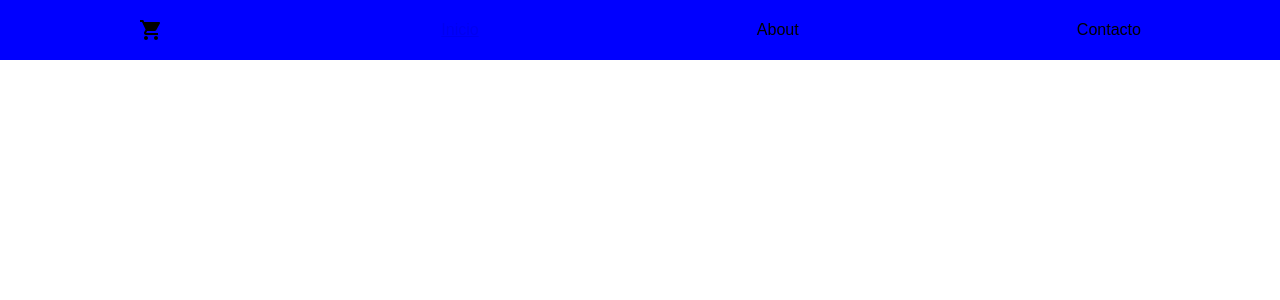
Repository: Toydrum/React-HectorCoronado
Page: /
These files come from the project's save history. The page is drawn as it stood at one moment and after the next save; the edit follows.
The browser window is 1280 px wide. The pictures show the whole page.
The project was rebuilt for these pictures with package versions that can differ from the ones it lists, and the page was loaded fresh each time. Also part of the build but not shown: src/components/Navbar/Navbar.css.

Above is the page before, as saved 2023-06-03 07:03:30.

After the next save:
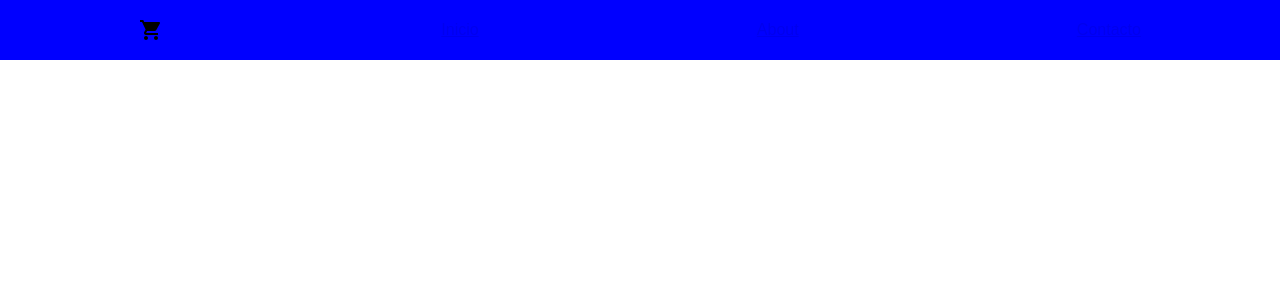
Saved 58 s later.
--- a/src/components/Navbar/Navbar.js
+++ b/src/components/Navbar/Navbar.js
@@ -22,8 +22,8 @@ const NavBar =() => {
       <ul style={styles.NavBar}>
         <ShoppingCartIcon/>
         <li className="li"><a href="https://www.google.com.mx/?hl=es">Inicio</a></li>
-        <li className="li">About</li>
-        <li className="li">Contacto</li>
+        <li className="li"><a href="https://www.google.com.mx/?hl=es">About</a></li>
+        <li className="li"><a href="https://www.google.com.mx/?hl=es">Contacto</a></li>
       </ul>
 
     </nav>
